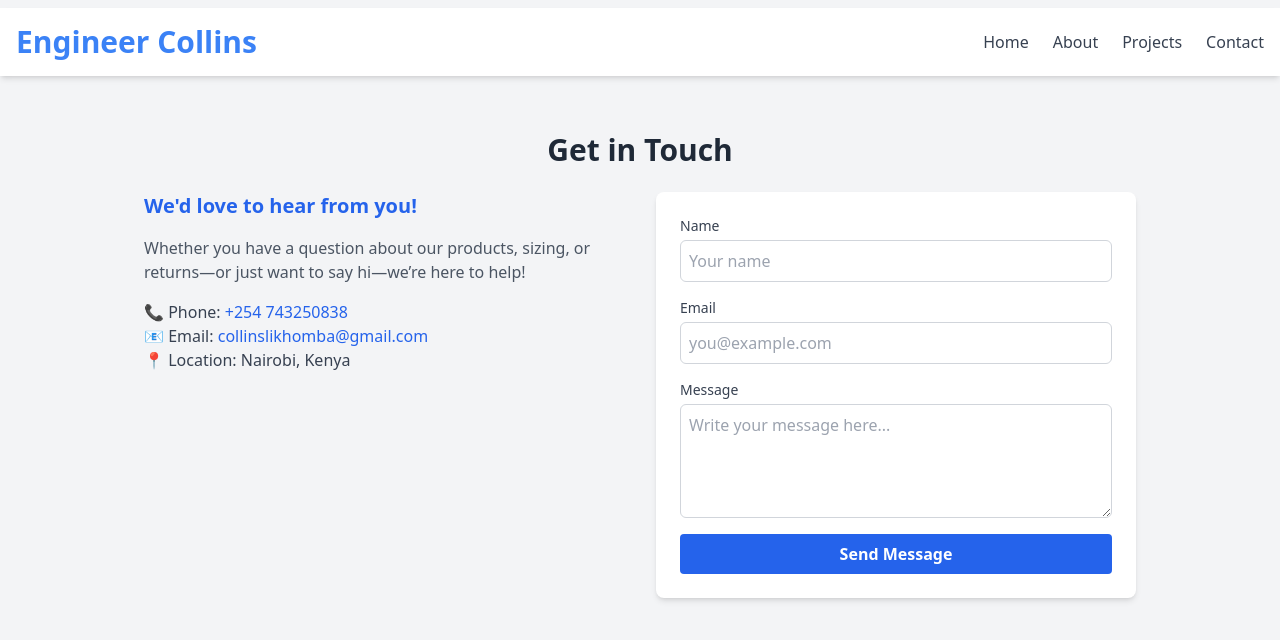
Repository: Engineer-collo/Portfolio
Page: /contact
An editor plug-in stored every save of this project. The page is shown before and after the next save, followed by the edit.
The browser window is 1280 px wide. The pictures show the whole page.
The project was rebuilt for these pictures with package versions that can differ from the ones it lists, and the page was loaded fresh each time. Also part of the build but not shown: vite.config.js, src/pages/Footer.jsx, src/pages/HomePage.jsx, src/pages/About.jsx, src/pages/Projects.jsx, src/pages/Blog.jsx, src/pages/Skills.jsx.

Above is the page before, as saved 2025-06-07 17:53:16.

### index.html
<!DOCTYPE html>
<html lang="en">
<head>
  <meta charset="UTF-8">
  <meta name="viewport" content="width=device-width, initial-scale=1.0">
  <title>Portfolio</title>
</head>
<body class="bg-gray-100">
  <div id="root"></div>
  <script type="module" src="/src/main.jsx"></script>
</body>
</html>

### src/main.jsx
import React from 'react'
import ReactDOM from 'react-dom/client'
import './index.css'
import App from './App'

ReactDOM.createRoot(document.getElementById('root')).render(
  <React.StrictMode>
    <App />
  </React.StrictMode>,
)

### src/App.jsx
import { BrowserRouter as Router, Route, Routes } from "react-router-dom";
import HomePage from "./pages/HomePage";
import About from "./pages/About";
import Project from "./pages/Projects";
import Contact from "./pages/Contact";
import Blog from "./pages/Blog";
import Skills from "./pages/Skills";

function App() {
  return (
    <Router>

      <Routes>
        <Route path="/" element={<HomePage />} />
        <Route path="/about" element={<About />} />
        <Route path="/projects" element={<Project />} />
        <Route path="/contact" element={<Contact />} />
        <Route path="/skills" element={<Skills />} />
        <Route path="/blog" element={<Blog />} />


      </Routes>
    </Router>
  );
}

export default App;

### src/pages/Contact.jsx
import React, { useState } from 'react';
import Navbar from '../components/Navbar';

const Contact = ({ showSuccessToast }) => {
  const [form, setForm] = useState({ name: '', email: '', message: '' });

  const handleChange = (e) => {
    setForm({ ...form, [e.target.name]: e.target.value });
  };

  const handleSubmit = (e) => {
    e.preventDefault();
    showSuccessToast("Message sent Successfully.");
    setForm({ name: '', email: '', message: '' });
  };

  return (
    <>
      <Navbar />
      <div className="max-w-5xl mx-auto p-4 mt-10">
        <h2 className="text-3xl font-bold text-center mb-6 text-gray-800">Get in Touch</h2>

        <div className="grid grid-cols-1 md:grid-cols-2 gap-8">
          {/* Left Info Section */}
          <div className="space-y-4">
            <h3 className="text-xl font-semibold text-blue-600">We'd love to hear from you!</h3>
            <p className="text-gray-600">
              Whether you have a question about our products, sizing, or returns—or just want to say hi—we’re here to help!
            </p>
            <div>
              <p className="text-gray-700 font-medium">
                📞 Phone: <a href="tel:0743250838" className="font-normal text-blue-600 hover:underline">+254 743250838</a>
              </p>
              <p className="text-gray-700 font-medium">
                📧 Email: <a href="mailto:collinslikhomba@gmail.com" className="font-normal text-blue-600 hover:underline">collinslikhomba@gmail.com</a>
              </p>
              <p className="text-gray-700 font-medium">
                📍 Location: <span className="font-normal">Nairobi, Kenya</span>
              </p>
            </div>
          </div>

          {/* Right Form Section */}
          <form onSubmit={handleSubmit} className="space-y-4 bg-white shadow-md rounded-lg p-6">
            <div>
              <label className="block text-sm font-medium text-gray-700">Name</label>
              <input
                type="text"
                name="name"
                value={form.name}
                onChange={handleChange}
                required
                className="mt-1 block w-full p-2 border border-gray-300 rounded-md focus:ring-blue-500 focus:border-blue-500"
                placeholder="Your name"
              />
            </div>

            <div>
              <label className="block text-sm font-medium text-gray-700">Email</label>
              <input
                type="email"
                name="email"
                value={form.email}
                onChange={handleChange}
                required
                className="mt-1 block w-full p-2 border border-gray-300 rounded-md focus:ring-blue-500 focus:border-blue-500"
                placeholder="you@example.com"
              />
            </div>

            <div>
              <label className="block text-sm font-medium text-gray-700">Message</label>
              <textarea
                name="message"
                value={form.message}
                onChange={handleChange}
                required
                rows="4"
                className="mt-1 block w-full p-2 border border-gray-300 rounded-md focus:ring-blue-500 focus:border-blue-500"
                placeholder="Write your message here..."
              />
            </div>

            <button
              type="submit"
              className="w-full bg-blue-600 hover:bg-blue-700 text-white font-semibold py-2 px-4 rounded"
            >
              Send Message
            </button>
          </form>
        </div>
      </div>
    </>
  );
};

export default Contact;

### src/components/Navbar.jsx
import React, { useState } from 'react';
import { Link } from 'react-router-dom';

const Navbar = () => {
  const [isOpen, setIsOpen] = useState(false);

  const toggleMenu = () => setIsOpen(!isOpen);

  return (
    <header className=" mt-2 bg-white shadow-md">
      <div className="max-w-7xl mx-auto px-4 py-4 flex justify-between items-center">
        <h1 className="text-3xl font-bold text-gray-800">        <Link to="/" className="hover:text-blue-500 text-gray-700 transition"><span className='text-blue-500'>Engineer Collins</span></Link>
        </h1>

        {/* Desktop nav */}
        <nav className="space-x-6 hidden md:flex">
        <Link to="/" className="hover:text-blue-500 text-gray-700 transition">Home</Link>
          <Link to="/about" className="hover:text-blue-500 text-gray-700 transition">About</Link>
          <Link to="/projects" className="hover:text-blue-500 text-gray-700 transition">Projects</Link>
          <Link to="/contact" className="hover:text-blue-500 text-gray-700 transition">Contact</Link>
        </nav>

        {/* Mobile menu toggle */}
        <div className="md:hidden">
          <button onClick={toggleMenu} className="text-gray-700 focus:outline-none">
            <svg className="h-6 w-6" fill="none" stroke="currentColor" strokeWidth="2" viewBox="0 0 24 24">
              <path strokeLinecap="round" strokeLinejoin="round" d={isOpen ? 'M6 18L18 6M6 6l12 12' : 'M4 6h16M4 12h16M4 18h16'} />
            </svg>
          </button>
        </div>
      </div>

      {/* Mobile nav links */}
      {isOpen && (
        <nav className="md:hidden px-4 pb-4 space-y-2">
          <Link to="/about" className="block text-gray-700 hover:text-blue-500">About</Link>
          <Link to="/projects" className="block text-gray-700 hover:text-blue-500">Projects</Link>
          <Link to="/contact" className="block text-gray-700 hover:text-blue-500">Contact</Link>
        </nav>
      )}
    </header>
  );
};

export default Navbar;

Loaded but not shown: src/index.css (common file); tailwind.config.js (common file)

After the next save:
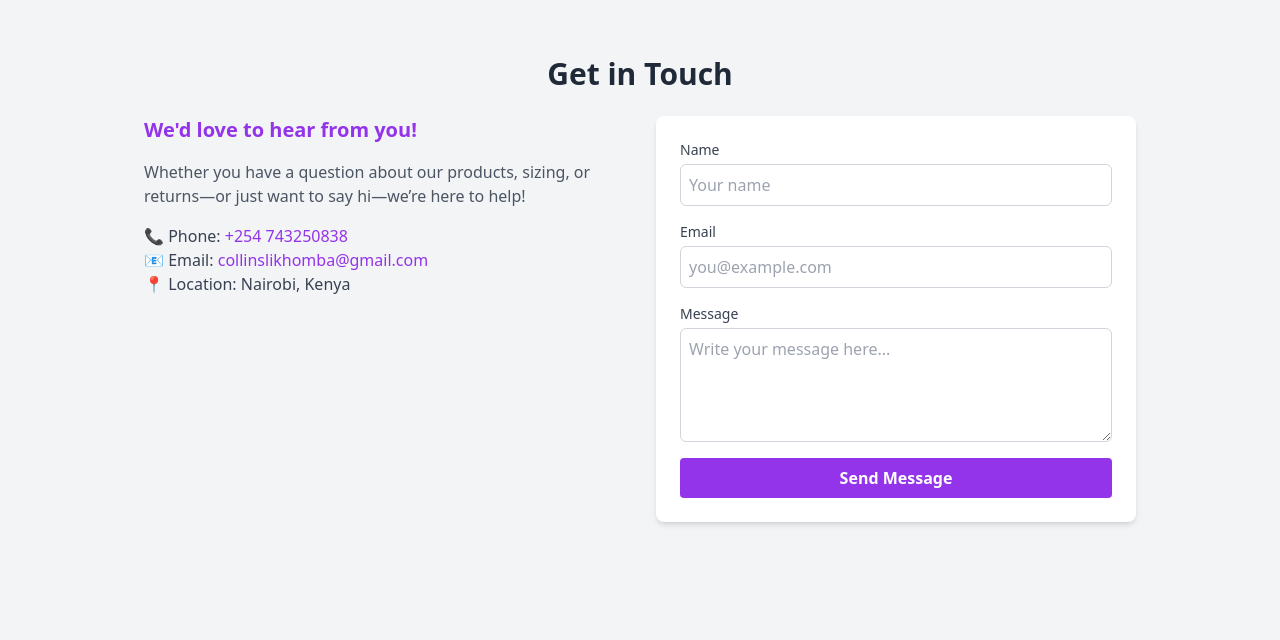
Saved 47 s later.
--- a/src/pages/Contact.jsx
+++ b/src/pages/Contact.jsx
@@ -16,80 +16,81 @@ const Contact = ({ showSuccessToast }) => {
 
   return (
     <>
-      <Navbar />
-      <div className="max-w-5xl mx-auto p-4 mt-10">
-        <h2 className="text-3xl font-bold text-center mb-6 text-gray-800">Get in Touch</h2>
 
-        <div className="grid grid-cols-1 md:grid-cols-2 gap-8">
-          {/* Left Info Section */}
-          <div className="space-y-4">
-            <h3 className="text-xl font-semibold text-blue-600">We'd love to hear from you!</h3>
-            <p className="text-gray-600">
-              Whether you have a question about our products, sizing, or returns—or just want to say hi—we’re here to help!
+    <div className="max-w-5xl mx-auto p-4 mt-10">
+      <h2 className="text-3xl font-bold text-center mb-6 text-gray-800">Get in Touch</h2>
+
+      <div className="grid grid-cols-1 md:grid-cols-2 gap-8">
+        {/* Left Info Section */}
+        <div className="space-y-4">
+          <h3 className="text-xl font-semibold text-purple-600">We'd love to hear from you!</h3>
+          <p className="text-gray-600">
+            Whether you have a question about our products, sizing, or returns—or just want to say hi—we’re here to help!
+          </p>
+          <div>
+            <p className="text-gray-700 font-medium">
+              📞 Phone: <a href="tel:0743250838" className="font-normal text-purple-600 hover:underline">+254 743250838</a>
             </p>
-            <div>
-              <p className="text-gray-700 font-medium">
-                📞 Phone: <a href="tel:0743250838" className="font-normal text-blue-600 hover:underline">+254 743250838</a>
-              </p>
-              <p className="text-gray-700 font-medium">
-                📧 Email: <a href="mailto:collinslikhomba@gmail.com" className="font-normal text-blue-600 hover:underline">collinslikhomba@gmail.com</a>
-              </p>
-              <p className="text-gray-700 font-medium">
-                📍 Location: <span className="font-normal">Nairobi, Kenya</span>
-              </p>
-            </div>
+            <p className="text-gray-700 font-medium">
+              📧 Email: <a href="mailto:collinslikhomba@gmail.com" className="font-normal text-purple-600 hover:underline">collinslikhomba@gmail.com</a>
+            </p>
+            <p className="text-gray-700 font-medium">
+              📍 Location: <span className="font-normal">Nairobi, Kenya</span>
+              {/* Optional: <a href="https://goo.gl/maps/..." target="_blank" rel="noopener noreferrer" className="ml-2 text-purple-600 hover:underline">View on Map</a> */}
+            </p>
+          </div>
+        </div>
+
+        {/* Right Form Section */}
+        <form onSubmit={handleSubmit} className="space-y-4 bg-white shadow-md rounded-lg p-6">
+          <div>
+            <label className="block text-sm font-medium text-gray-700">Name</label>
+            <input
+              type="text"
+              name="name"
+              value={form.name}
+              onChange={handleChange}
+              required
+              className="mt-1 block w-full p-2 border border-gray-300 rounded-md focus:ring-purple-500 focus:border-purple-500"
+              placeholder="Your name"
+            />
           </div>
 
-          {/* Right Form Section */}
-          <form onSubmit={handleSubmit} className="space-y-4 bg-white shadow-md rounded-lg p-6">
-            <div>
-              <label className="block text-sm font-medium text-gray-700">Name</label>
-              <input
-                type="text"
-                name="name"
-                value={form.name}
-                onChange={handleChange}
-                required
-                className="mt-1 block w-full p-2 border border-gray-300 rounded-md focus:ring-blue-500 focus:border-blue-500"
-                placeholder="Your name"
-              />
-            </div>
+          <div>
+            <label className="block text-sm font-medium text-gray-700">Email</label>
+            <input
+              type="email"
+              name="email"
+              value={form.email}
+              onChange={handleChange}
+              required
+              className="mt-1 block w-full p-2 border border-gray-300 rounded-md focus:ring-purple-500 focus:border-purple-500"
+              placeholder="you@example.com"
+            />
+          </div>
 
-            <div>
-              <label className="block text-sm font-medium text-gray-700">Email</label>
-              <input
-                type="email"
-                name="email"
-                value={form.email}
-                onChange={handleChange}
-                required
-                className="mt-1 block w-full p-2 border border-gray-300 rounded-md focus:ring-blue-500 focus:border-blue-500"
-                placeholder="you@example.com"
-              />
-            </div>
+          <div>
+            <label className="block text-sm font-medium text-gray-700">Message</label>
+            <textarea
+              name="message"
+              value={form.message}
+              onChange={handleChange}
+              required
+              rows="4"
+              className="mt-1 block w-full p-2 border border-gray-300 rounded-md focus:ring-purple-500 focus:border-purple-500"
+              placeholder="Write your message here..."
+            />
+          </div>
 
-            <div>
-              <label className="block text-sm font-medium text-gray-700">Message</label>
-              <textarea
-                name="message"
-                value={form.message}
-                onChange={handleChange}
-                required
-                rows="4"
-                className="mt-1 block w-full p-2 border border-gray-300 rounded-md focus:ring-blue-500 focus:border-blue-500"
-                placeholder="Write your message here..."
-              />
-            </div>
-
-            <button
-              type="submit"
-              className="w-full bg-blue-600 hover:bg-blue-700 text-white font-semibold py-2 px-4 rounded"
-            >
-              Send Message
-            </button>
-          </form>
-        </div>
+          <button
+            type="submit"
+            className="w-full bg-purple-600 hover:bg-purple-700 text-white font-semibold py-2 px-4 rounded"
+          >
+            Send Message
+          </button>
+        </form>
       </div>
+    </div>
     </>
   );
 };
